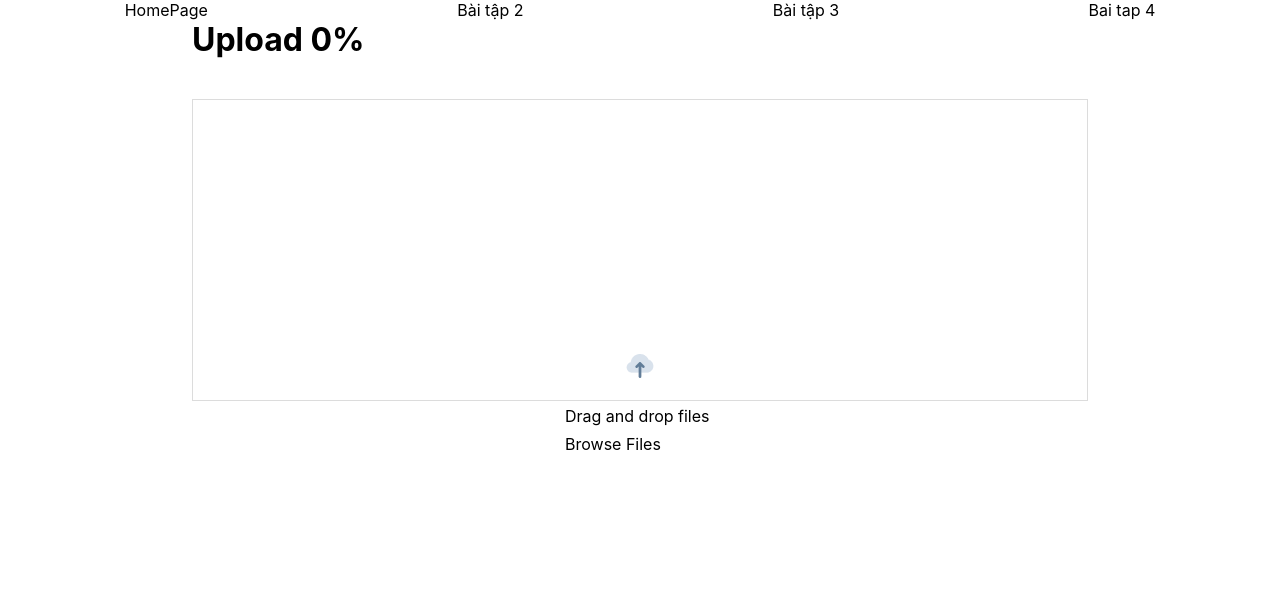
Repository: tungdau93/Training-ReactJS
Page: /bai-tap-3
These files come from the project's save history. The page is drawn as it stood at one moment and after a run of saves; the edit follows.
The browser window is 1280 px wide. The pictures show the whole page.
The project was rebuilt for these pictures with package versions that can differ from the ones it lists, and the page was loaded fresh each time. Also part of the build but not shown: src/App.css, src/hooks/useClickOutside.js, src/Assignments/BaiTap2.jsx, src/Assignments/HomePage.jsx.

Above is the page before, as saved 2022-10-03 10:48:34.

### src/App.js
import { BrowserRouter, Route, Routes } from "react-router-dom";
import "./App.css";
import BaiTap2 from "./Assignments/BaiTap2";
import BaiTap3 from "./Assignments/BaiTap3";
import HomePage from "./Assignments/HomePage";
import Menu from "./Assignments/Menu";

function App() {
  return (
    <BrowserRouter>
      <Menu />
      <Routes>
        <Route path="/" element={<HomePage />} />
        <Route path="/bai-tap-2" element={<BaiTap2 />} />
        <Route path="/bai-tap-3" element={<BaiTap3 />} />
      </Routes>
    </BrowserRouter>
  );
}

export default App;

### src/Assignments/BaiTap3.jsx
import { ref, uploadBytesResumable } from "@firebase/storage";
import React, { useRef, useState } from "react";
import { storage } from "../firebase";
import "../style/_bai-tap-3.scss";

const BaiTap3 = () => {
  const listUploadedRef = useRef();
  const fileUploadedRef = useRef();

  const [files, setFiles] = useState([]);
  const [progress, setProgress] = useState(0);
  const [isSizeValid, setIsSizeValid] = useState(true);
  const [isActive, setIsActive] = useState(true);
  const [isValidNumberOfFiles, setValidNumberOfFiles] = useState(false);

  const RemoveAddFile = [];

  const handleSlide = () => {
    const listUploadedOffsetWidth = listUploadedRef.current?.offsetWidth;
    const listUploadedClientWidth = listUploadedRef.current?.clientWidth;
    const fileUploadedWidth = fileUploadedRef.current?.offsetWidth;
    const removeSpace = listUploadedOffsetWidth - listUploadedClientWidth;
    console.log(removeSpace);

    if (listUploadedRef.current && fileUploadedRef.current) {
      listUploadedRef.current.scrollTo({
        left: fileUploadedWidth,
        behavior: "smooth",
      });
    }
  };
  const handleAddFiles = (event) => {
    setValidNumberOfFiles(false);
    const file = event.target.files[0];

    event.preventDefault();
    const fileArray = event.target.files;
    for (var j = 0; j < fileArray.length; j++) {
      if (fileArray[j].size > 10485760) {
        setIsSizeValid(false);
        setIsActive(false);
        return;
      }
    }
    setIsActive(true);
    setIsSizeValid(true);

    const newFiles = [...files];
    for (let k = 0; k < fileArray.length; k++) {
      newFiles.push(fileArray[k]);
    }
    setFiles(newFiles);
  };

  const uploadFiles = (file) => {
    if (!file) return;
    const storageRef = ref(storage, `/files/${file.name}`);
    const uploadTask = uploadBytesResumable(storageRef, file);
    uploadTask.on(
      "state_changed",
      (snapshot) => {
        const prog = Math.round(
          (snapshot.bytesTransferred / snapshot.totalBytes) * 100
        );
        setProgress(prog);
      },
      (err) => console.log(err)
    );
  };

  const handleUpload = (event) => {
    event.preventDefault();

    const newFilesUpload = [...files];
    if (files.length > 0 && files.length <= 4) {
      for (let i = 0; i < newFilesUpload.length; i++) {
        uploadFiles(newFilesUpload[i]);
        console.log(newFilesUpload[i]);
        setFiles(RemoveAddFile);
      }
    } else {
      setValidNumberOfFiles(true);
      setFiles(RemoveAddFile);
      setIsActive(false);
    }
  };

  const handleClose = (index) => {
    const fileSelected = files.filter((file) => file.index === index);
    // console.log(newFiles);
    const newFiles = [...files];
    newFiles.pop(fileSelected);
    setFiles([...newFiles]);
  };

  return (
    <div className="drag-drop-files-container">
      <h1>Upload {progress}%</h1>
      {/* <img
        onClick={handleSlide}
        src={require("../assets/images/submit-icon.png")}
        alt=""
        className="slide-icon"
      /> */}

      <div className="drag-drop-files">
        <div className="drag-drop-label">
          <span className="image-drag-drop">
            <img
              alt=""
              src={require("../assets/images/upload-icon.png")}
              width={32}
              height={32}
            />
          </span>
          <span>Drag and drop files</span>
          <span>Browse Files</span>
        </div>

        <input
          id="name"
          type="file"
          className="input-files"
          onChange={handleAddFiles}
          multiple
        />
        {/* <form onSubmit={(event) => handleUpload(event)}>
          <label htmlFor="name" className="drag-and-drop-img">
            <img alt="" src={require("../assets/images/upload-icon.png")} />
          </label>
          <label htmlFor="name" className="drag-and-drop-heading">
            Drag and drop files
          </label>
          <label htmlFor="name" className="drag-and-drop-heading--sub-heading">
            Browse Files
          </label>
          <input
            id="name"
            type="file"
            className="input"
            onChange={handleAddFiles}
            multiple
          />
          <button type="submit" className="submit">
            Upload
          </button>
        </form> */}
      </div>

      {/* {isSizeValid ? (
        <div ref={listUploadedRef} className="show-data--hidden">
          {files &&
            files.map((file, index) => {
              // console.log(file.type);
              return (
                <FileUpload
                  handleClose={() => handleClose(index)}
                  key={index}
                  ref={fileUploadedRef}
                  fileType={file.type}
                  fileName={file.name}
                  fileSize={file.size}
                />
              );
            })}
        </div>
      ) : (
        <span className="maximum-files-size">
          The maximum file size is 10MB
        </span>
      )} */}

      {/* {isValidNumberOfFiles ? (
        <span className="maximum-files-length">
          Maximum length of files is 4
        </span>
      ) : null} */}
    </div>
  );
};

export default BaiTap3;

### src/Assignments/Menu.jsx
  import React from "react";
import { useNavigate } from "react-router-dom";

const styleHomePage={
        display:'flex',
        justifyContent: 'center',
}

const styleUl = {
    display: 'flex',
    justifyContent: 'space-around',
    // ListStyle:"none"
}
const handleMouseOver =(e)=>{
    e.target.style.color = '#DC143C'
}
const handleMouseOut =(e)=>{
    e.target.style.color = '#000'
}

const Menu = () => {
  const navigate = useNavigate();

  const redirectPage = (url) => {
    navigate(url);
  };

  return (
    <div>
      <ul style={styleUl}>
        <li style={{listStyleType:'none'}} onMouseOver={handleMouseOver} onMouseOut={handleMouseOut} onClick={() => redirectPage("/")}>
          <div style={styleHomePage}>HomePage</div>
        </li>
        <li style={{listStyleType:'none'}}  onMouseOver={handleMouseOver} onMouseOut={handleMouseOut} onClick={() => redirectPage("/bai-tap-2")}>
          <div >Bài tập 2</div>
        </li>
        <li style={{listStyleType:'none'}} onMouseOver={handleMouseOver} onMouseOut={handleMouseOut} onClick={() => redirectPage("/bai-tap-3")}>
          <div >Bài tập 3</div>
        </li>
        <li style={{listStyleType:'none'}} onMouseOver={handleMouseOver} onMouseOut={handleMouseOut} onClick={() => redirectPage("/bai-tap-4")}>
          <div >Bai tap 4

          </div>
        </li>
      </ul>
    </div>
  );
};

export default Menu;

### src/style/_bai-tap-2.scss
*{
    padding: 0;
    margin:0;
}
.app {
    background-color:#1E1E1E;
    #title {
        top:-976px;
        left:-1124px;
        color:#a0a0a0;
        width: 2227px;
        height:1933px;
        &:hover{
            color:#99CCFF;
            opacity:.6;
    }
    }
    .app__container{
        width: 2227px; ;
        height: 1933px;
        background-color:#F8F8F8;
        position:relative;
        .app__container--heading{
            display: flex;
            flex-direction: row;
            align-items: center;
            padding: 50px 99px 50px 56px;
            gap: 10px;
            display:block;

            position: absolute;
            width: 2227px;
            height: 140px;
            left: 0px;
            top: 0px;
            background-color:#333333;
            .app__container--heading-name{
                display: flex;
                flex-direction: row;
                align-items: center;
                padding: 0px;
                gap: 30px;

                width: 323px;
                height: 56px;


                /* Inside auto layout */

                flex: none;
                order: 0;
                flex-grow: 0;
                .app__container--heading-name--japanese{
                    width: 144px;
                    height: 56px;

                    font-family: 'Roboto';
                    font-style: normal;
                    font-weight: 700;
                    font-size: 48px;
                    line-height: 56px;




                /* White */

                    color: #FFFFFF;


                /* Inside auto layout */

                    flex: none;
                    order: 0;
                    flex-grow: 0;

                }
                .app__container--heading-name--english{
                    width: 149px;
                height: 38px;

                font-family: 'Roboto';
                font-style: normal;
                font-weight: 400;
                font-size: 32px;
                line-height: 38px;
                /* identical to box height */


                /* White */

                color: #FFFFFF;


                /* Inside auto layout */

                flex: none;
                order: 1;
                flex-grow: 0;
                }
            }
        }
        .app__container--input-wrapper{
    position: relative;
    display: flex;
    flex-direction: column;
    align-items: flex-start;
    padding: 0px;

    position: absolute;
    width: 400px;
    height: 46px;
    left: 379px;
    top: 308px;
    .app__container--input-wrapper--input{
        box-sizing: border-box;

    /* Auto layout */


    display: flex;
    flex-direction: row;
    align-items: center;
    padding: 8px 10px;
    gap: 4px;

    width: 400px;
    height: 49px;

    background: rgba(230, 249, 255, 0.2);
    /* Black / 04 */

    border: 1px solid #DBDBDB;
    border-radius: 4px;

    /* Inside auto layout */

    flex: none;
    order: 0;
    align-self: stretch;
    flex-grow: 0;



            }

     .fa-thin{
    position: absolute;
            }
    .app__container--input-wrapper--dropdown-list{
display: flex;

display:none;
// flex-direction: column;
// align-items: flex-start;
position: absolute;
width: 400px;
height: 128px;
left: 0;
top: 49px;
// background-color: yellow;

filter: drop-shadow(0px 1px 8px rgba(102, 102, 102, 0.25));
border-radius: 4px;
        .app__container--input-wrapper--dropdown-list--item1{
            position: absolute;
            width: 100%;
            height: 49px;
            background: rgba(230, 249, 255, 0.2);
            border-radius: 4px;
            display:block

        }
        .app__container--input-wrapper--dropdown-list--item2{
            position: absolute;
            width: 100%;
            height: 49px;
            border-radius: 4px;
            background: rgba(230, 249, 255, 0.2);
            top: 49px;
            display:block


        }
        .app__container--input-wrapper--dropdown-list--item3{
            position: absolute;
            width: 100%;
            height: 49px;
            border-radius: 4px;
            background: rgba(230, 249, 255, 0.2);
            top:98px;
            display:block


        }

    }
}


    }
}

### src/firebase.js
import { initializeApp } from "firebase/app";
import { getStorage } from "firebase/storage";

const firebaseConfig = {
    apiKey: "AIzaSyBDyCwxOmrur5hog0XVVwqIkyzdGhH8h4w",
    authDomain: "fir-upload-d710f.firebaseapp.com",
    projectId: "fir-upload-d710f",
    storageBucket: "fir-upload-d710f.appspot.com",
    messagingSenderId: "230877422747",
    appId: "1:230877422747:web:8e36d237d55b89ca5f923e",
    measurementId: "G-Q111WB6C29"
  };

  export const app = initializeApp(firebaseConfig);
  export const storage = getStorage(app);

### src/style/_bai-tap-3.scss
//   .slide-icon {
//     top: 560px;
//     left: 1398px;
//     width: 40px;
//     height: 38px;
//     border-radius: 50%;
//     border: solid #fff;
//     &:hover {
//       border: #107ce0 solid 3px;
//     }
//   }
//   .drag-and-drop {
//     display: flex;
//     justify-content: center;
//     width: 842px;
//     height: 232px;
//     left: 579px;
//     // right: 79.24%;
//     top: 249px;
//     background: #f8f8f8;
//     border: 1px solid #dcdcdc;
//     border-radius: 7px;
//     z-index: 1;
//     .drag-and-drop-img {
//       top: 45px;
//       left: 381px;
//       display: flex;
//       position: absolute;
//       min-width: 70px;
//       min-height: 70px;

//       justify-content: center;
//       align-items: center;
//     }
//     .drag-and-drop-heading {
//       top: 113px;
//       left: 342px;
//       display: flex;
//       position: absolute;
//       min-width: 100px;
//       align-items: center;
//       justify-content: center;
//       font-family: "Noto Sans";
//       font-style: normal;
//       font-weight: 700;
//       font-size: 18px;
//       line-height: 22px;
//       color: #333333;
//     }
//     .drag-and-drop-heading--sub-heading {
//       top: 137px;
//       left: 373px;
//       position: absolute;
//       min-width: 50px;
//       align-items: center;
//       justify-content: center;
//       font-family: "Noto Sans";
//       font-style: normal;
//       font-size: 18px;
//       line-height: 22px;
//       color: #333333;
//       text-decoration: underline;
//     }
//     &:hover {
//       border: 1px solid #107ce0;
//     }
//     .input {
//       width: 842px;
//       height: 232px;
//       position: absolute;
//       // right: 79.24%;
//       background: #f8f8f8;
//       // border: 1px solid #dcdcdc;
//       border-radius: 7px;
//       z-index: -1;
//       color: transparent;

//       &::-webkit-file-upload-button {
//         display: none;
//       }
//     }
//     .submit {
//       position: absolute;
//       top: 360px;
//       left: 359px;
//       width: 113px;
//       height: 43px;
//       border-radius: 3px;
//       z-index: -1;
//       border: none;
//       &:hover {
//         border: 1px solid #107ce0;
//       }
//     }
//     .submit-img {
//       position: absolute;
//       top: 261px;
//       left: 825px;
//       width: 32px;
//       height: 32px;
//       border-radius: 50%;
//       z-index: 1;
//     }
//     .drag-and-drop--upload-icon {
//       position: absolute;
//       height: 18.67px;
//       width: 26.67px;
//       top: 64px;
//       left: 397.67px;
//       right: 417.67px;
//       z-index: 1;
//     }

//   }

//   .drag-and-drop--alert {
//     width: 842px;
//     height: 232px;
//     position: relative;
//     left: 579px;
//     // right: 79.24%;
//     top: 249px;
//     background: #f8f8f8;
//     border: 1px solid  #ED5D5D;
//     border-radius: 7px;
//     z-index: 1;
//     .drag-and-drop-img {
//       top: 45px;
//       left: 381px;
//       display: flex;
//       position: absolute;
//       min-width: 70px;
//       min-height: 70px;

//       justify-content: center;
//       align-items: center;
//     }
//     .drag-and-drop-heading {
//       top: 113px;
//       left: 342px;
//       display: flex;
//       position: absolute;
//       min-width: 100px;
//       align-items: center;
//       justify-content: center;
//       font-family: "Noto Sans";
//       font-style: normal;
//       font-weight: 700;
//       font-size: 18px;
//       line-height: 22px;
//       color: #333333;
//     }
//     .drag-and-drop-heading--sub-heading {
//       top: 137px;
//       left: 373px;
//       position: absolute;
//       min-width: 50px;
//       align-items: center;
//       justify-content: center;
//       font-family: "Noto Sans";
//       font-style: normal;
//       font-size: 18px;
//       line-height: 22px;
//       color: #333333;
//       text-decoration: underline;
//     }
//     &:hover {
//       border: 1px solid #107ce0;
//     }
//     .input {
//       width: 842px;
//       height: 232px;
//       position: absolute;
//       // right: 79.24%;
//       background: #f8f8f8;
//       // border: 1px solid #dcdcdc;
//       border-radius: 7px;
//       z-index: -1;
//       color: transparent;

//       &::-webkit-file-upload-button {
//         display: none;
//       }
//     }
//     .submit {
//       position: absolute;
//       top: 360px;
//       left: 359px;
//       width: 113px;
//       height: 43px;
//       border-radius: 3px;
//       z-index: -1;
//       border: none;
//       &:hover {
//         border: 1px solid #107ce0;
//       }
//     }
//     .submit-img {
//       position: absolute;
//       top: 261px;
//       left: 825px;
//       width: 32px;
//       height: 32px;
//       border-radius: 50%;
//       z-index: 1;
//     }
//     .drag-and-drop--upload-icon {
//       position: absolute;
//       height: 18.67px;
//       width: 26.67px;
//       top: 64px;
//       left: 397.67px;
//       right: 417.67px;
//       z-index: 1;
//     }

//   }

//   .invalid {
//     position: absolute;
//     top: 93px;
//     left: 32px;
//     width: 24px;
//     height: 32px;
//     background-color: rgba(255, 0, 0, 0.5);
//     border: solid 0.5px rgb(153, 167, 181);
//     border-radius: 3px;
//   }

// .maximum-files-length{
//     color: #ED5D5D;
//     top: 169px;
//     position: relative;
//     left: 581px;
// }

// .maximum-files-size{
//   color: #ED5D5D;
//   top: 278px;
//   position: relative;
//   left: 581px;
// }

.drag-drop-files-container {
  width: 70%;
  margin: auto;

  .drag-drop-files {
    display: flex;
    justify-content: center;
    margin-top: 40px;
    border: 1px solid #dcdcdc;
    height: 300px;
    position: relative;

    .drag-drop-label {
      display: flex;
      flex-direction: column;
      min-width: 150px;
      position: absolute;
      // left: 300px;
      top: calc(300px - 54px);

      .image-drag-drop {
        display: flex;
        justify-content: center;

        img {
          margin-bottom: 16px;
        }
      }

      span {
        margin: 4px 0;
      }
    }

    .input-files {
      width: 100%;
      opacity: 0;
    }
  }
}

Loaded but not shown: public/index.html (common file); src/index.js (common file); src/index.css (common file); src/reportWebVitals.js (common file)

After the next 2 saves:
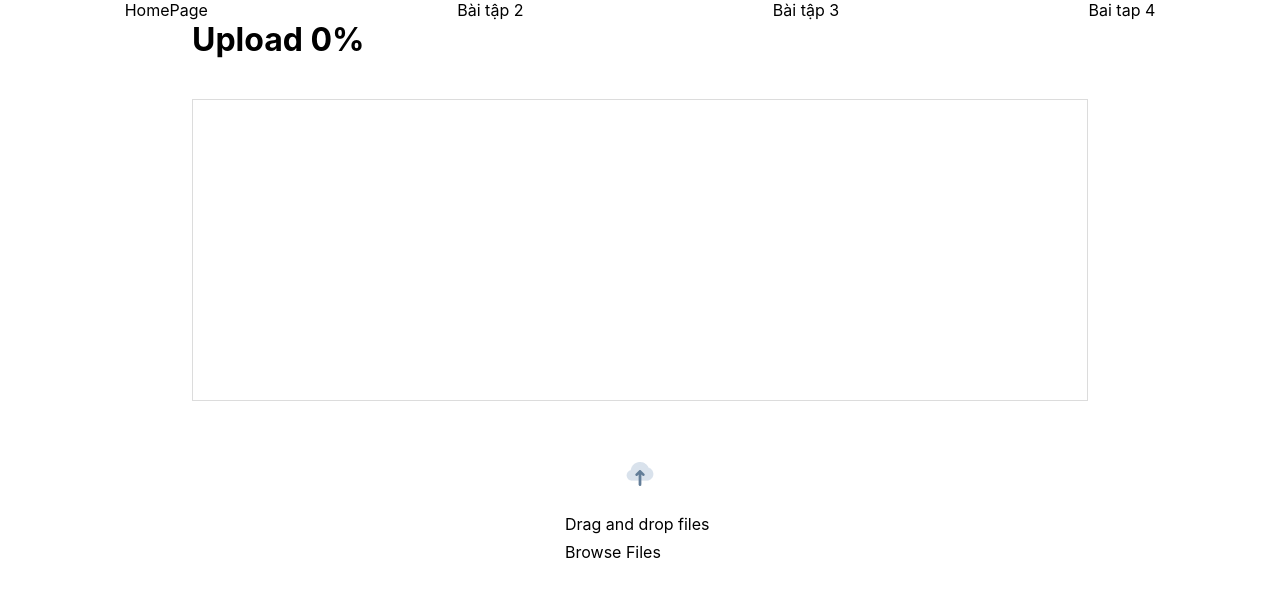
The 2 saves are shown as one change because they came seconds apart.
The last was saved 8 s later.
--- a/src/style/_bai-tap-3.scss
+++ b/src/style/_bai-tap-3.scss
@@ -259,7 +259,7 @@
       min-width: 150px;
       position: absolute;
       // left: 300px;
-      top: calc(300px - 54px);
+      top: calc(300px + 54px);
 
       .image-drag-drop {
         display: flex;
